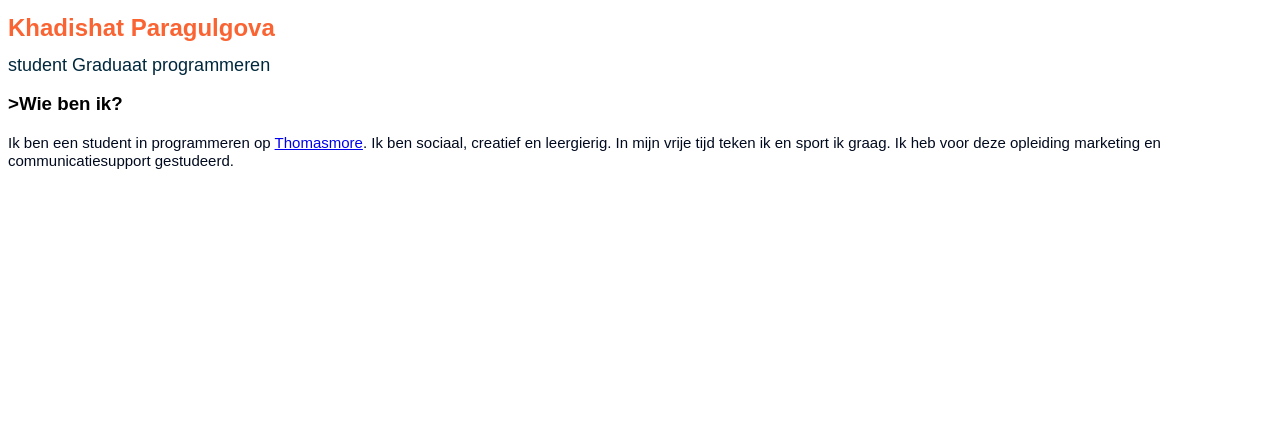
Repository: khadishat00/portfolio
Page: index.html
The author's editor kept a copy of each file at every save. The page is drawn from the files as they stood at one save, then again after the next save.
The browser window is 1280 px wide. The pictures show the whole page.

Above is the page before, as saved 2026-09-24 14:33:59.

### index.html
<!doctype html>
<html lang="en">
  <head>
    <meta charset="UTF-8" />
    <meta name="viewport" content="width=device-width, initial-scale=1.0" />
    <title>portfolio</title>
  </head>
  <style>
    html {
      font-family: Arial, sans-serif;
    }
    h1 {
      font-family: "Century Gothic", sans-serif;
      color: #fa6432;
      font-weight: bold;
      font-size: 24px;
      line-height: 24px;
    }
    h2 {
      font-family: "Century Gothic", sans-serif;
      color: #00283c;
      font-weight: normal;
      font-size: 18px;
      line-height: 18px;
    }
    p {
      font-family: Arial, sans-serif;
      color: #000a1e;
      font-size: 15px;
      line-height: 18px;
      font-weight: normal;
    }
  </style>
  <body>
    <h1>Khadishat Paragulgova</h1>
    <h2>student Graduaat programmeren</h2>
    <h3>>Wie ben ik?</h3>
    <p>
      Ik ben een student in programmeren op
      <a href="https://thomasmore.be/nl">Thomasmore</a>. Ik ben sociaal,
      creatief en leergierig. In mijn vrije tijd teken ik en sport ik graag. Ik
      heb voor deze opleiding marketing en communicatiesupport gestudeerd.
    </p>
  </body>
</html>

After the next save:
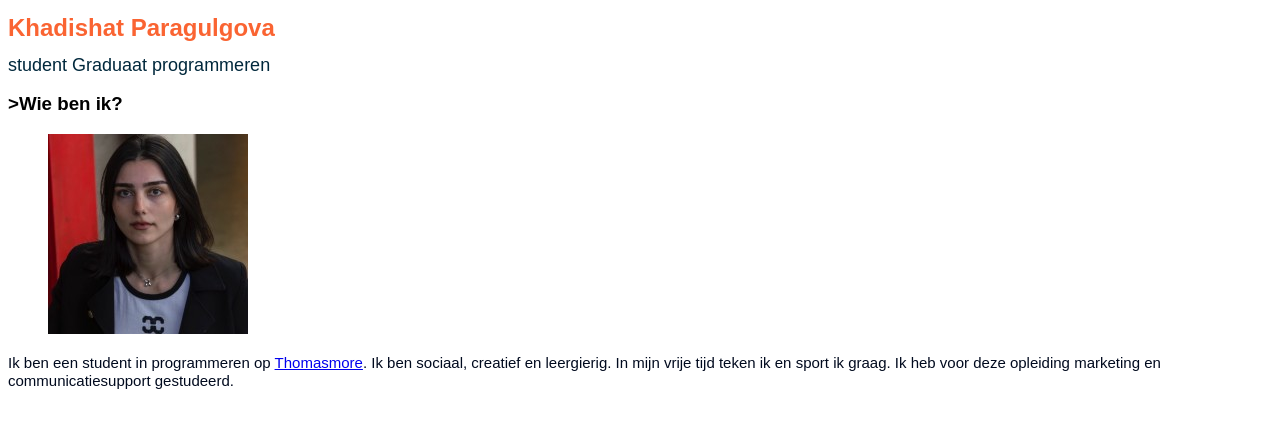
Saved 2 min 36 s later.
--- a/index.html
+++ b/index.html
@@ -35,6 +35,9 @@
     <h1>Khadishat Paragulgova</h1>
     <h2>student Graduaat programmeren</h2>
     <h3>>Wie ben ik?</h3>
+    <figure>
+  <img src="profielfoto.jpg" alt="Mijn profielfoto" />
+</figure>
     <p>
       Ik ben een student in programmeren op
       <a href="https://thomasmore.be/nl">Thomasmore</a>. Ik ben sociaal,
